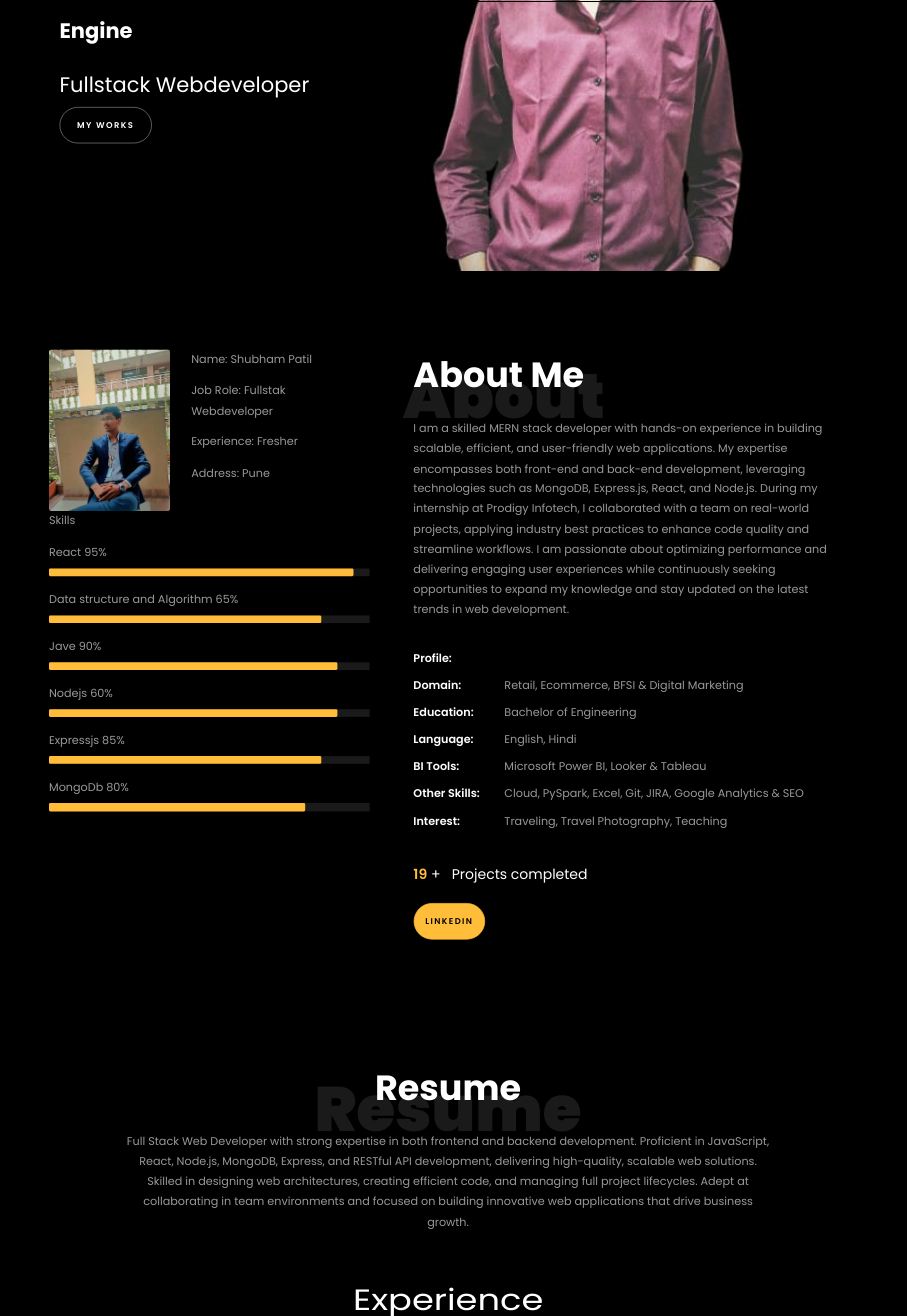
Repository: abp197/portfolio-website
Page: index.html
These files come from the project's save history. The page is drawn as it stood at one moment and after the next save; the edit follows.
The browser window is 1280 px wide. The page is 1295 px wide, so the pictures cover 1295 px, including what lies to the right of the window. The pictures show the part of the page from y = 363 to 2243 px (the page is 6587 px tall), at 70% of full size.

Above is the page before, as saved 2024-10-16 00:56:49.
Console error (its wording comes from the project's code and is left out).

After the next save:
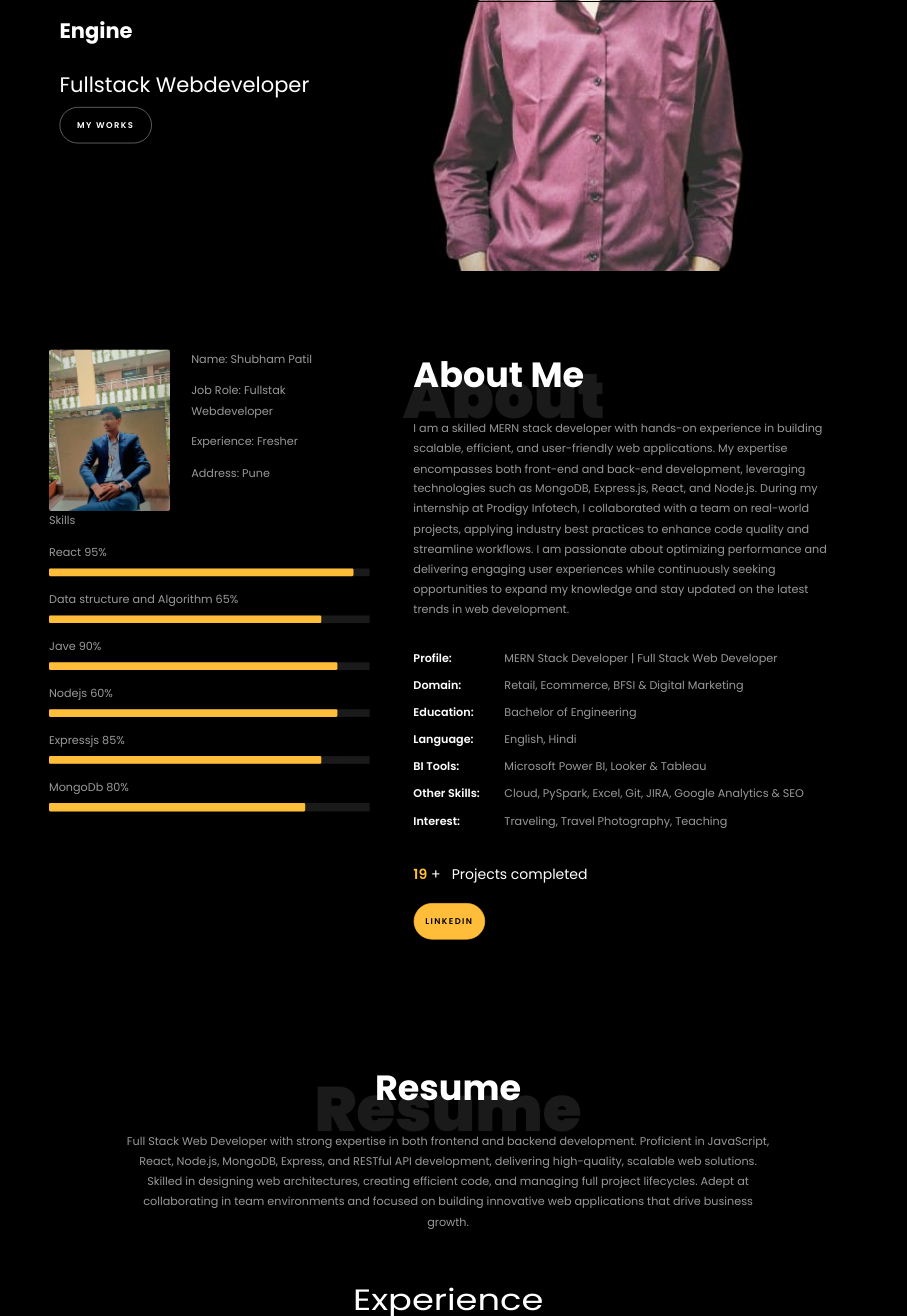
Saved 12 s later.
--- a/index.html
+++ b/index.html
@@ -287,7 +287,7 @@
 
 								</p>
 								<ul class="about-info mt-4 px-md-0 px-2">
-									<li class="d-flex"><span>Profile:</span> <span></span>
+									<li class="d-flex"><span>Profile:</span> <span>MERN Stack Developer | Full Stack Web Developer</span>
 									</li>
 									<li class="d-flex"><span>Domain:</span> <span>Retail, Ecommerce, BFSI &amp; Digital
 											Marketing</span></li>
